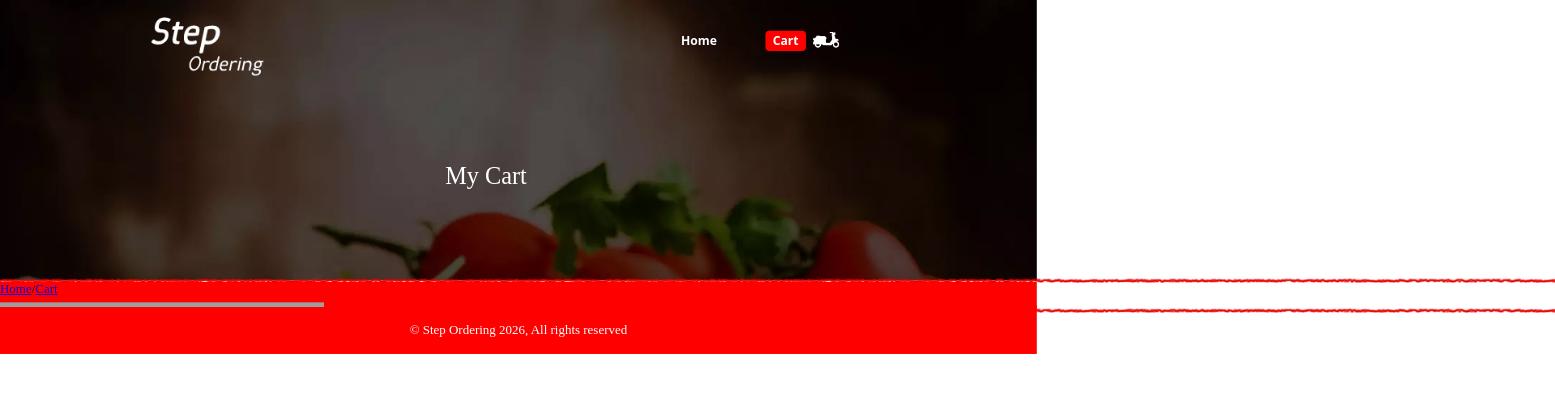
Repository: anastasia29-step/OnlineRestaurant
Page: Cart.html
The author's editor kept a copy of each file at every save. The page is drawn from the files as they stood at one save, then again after the next save.
The browser window is 1280 px wide. The page is 1920 px wide, so the pictures cover 1920 px, including what lies to the right of the window. The pictures show the whole page, at 81% of full size.
Pictures or frames that could not be fetched are drawn as grey boxes.

Above is the page before, as saved 2026-03-11 20:31:36.

After the next save:
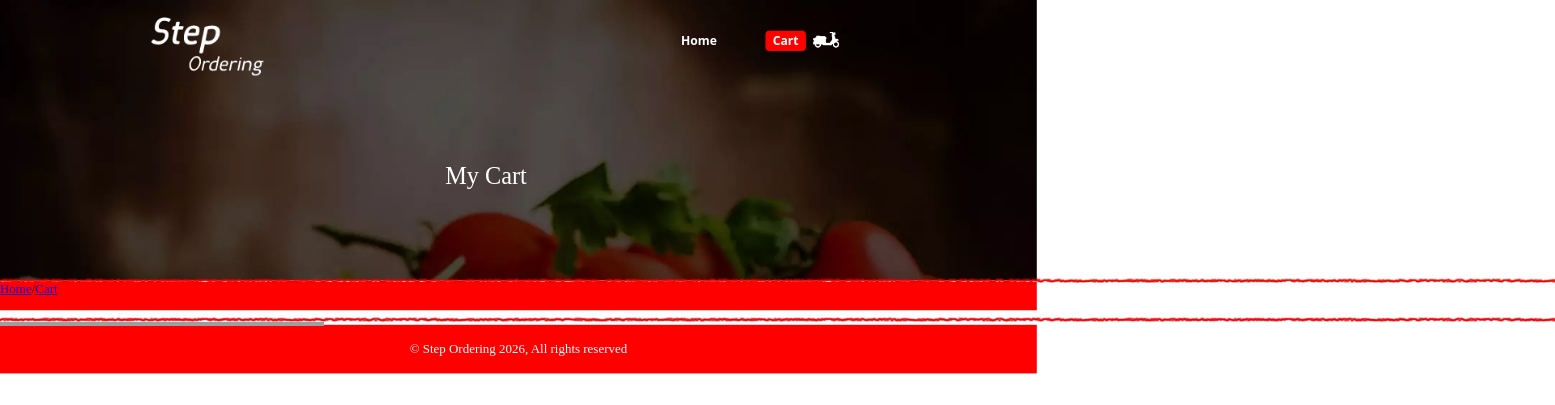
Saved 23 s later.
--- a/Cart.html
+++ b/Cart.html
@@ -39,7 +39,7 @@
         <a href="./Cart.html">Cart</a>
     </section>
 
-    <div class="fisrtimg">
+    <div class="secondimg">
         <img src="./photo/border.png" alt="" class="firBorder">
     </div>
 
